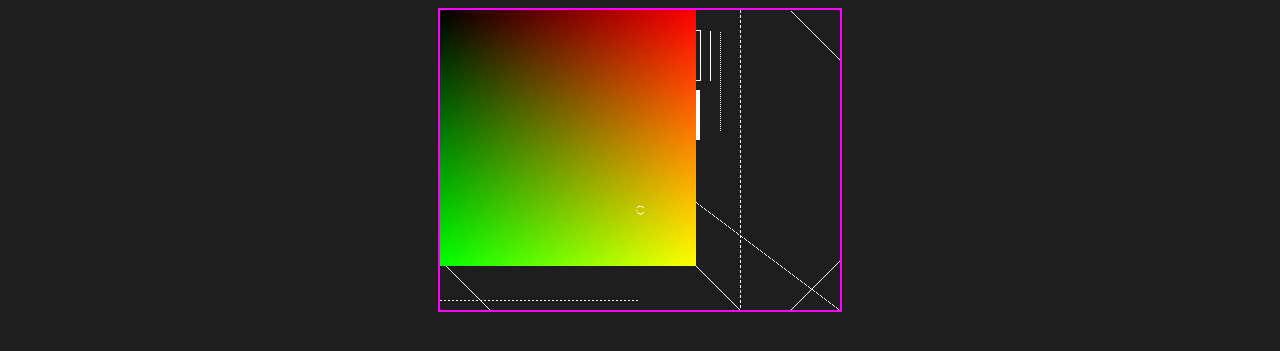
Repository: StarLightGX/miao
Page: paint.html
These files come from the project's save history. The page is drawn as it stood at one moment and after the next save; the edit follows.
The browser window is 1280 px wide. The pictures show the whole page.

Above is the page before, as saved 2020-11-13 16:26:26.

After the next save:
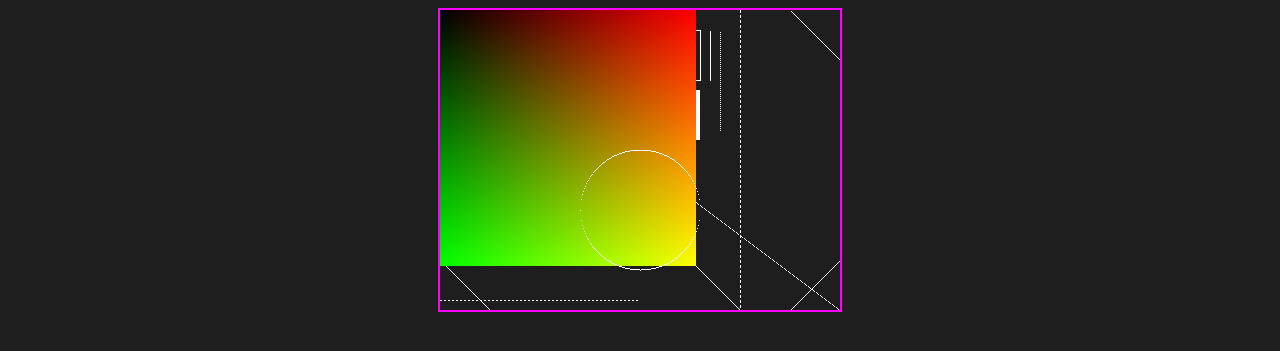
Saved 5 s later.
--- a/paint.html
+++ b/paint.html
@@ -201,7 +201,7 @@
       }
     }
     // 画一个空心的圆
-    var r = 4;
+    var r = 60;
 
     for (x = -r; x < r; x++) {
       y = Math.sqrt(r * r - x * x);
